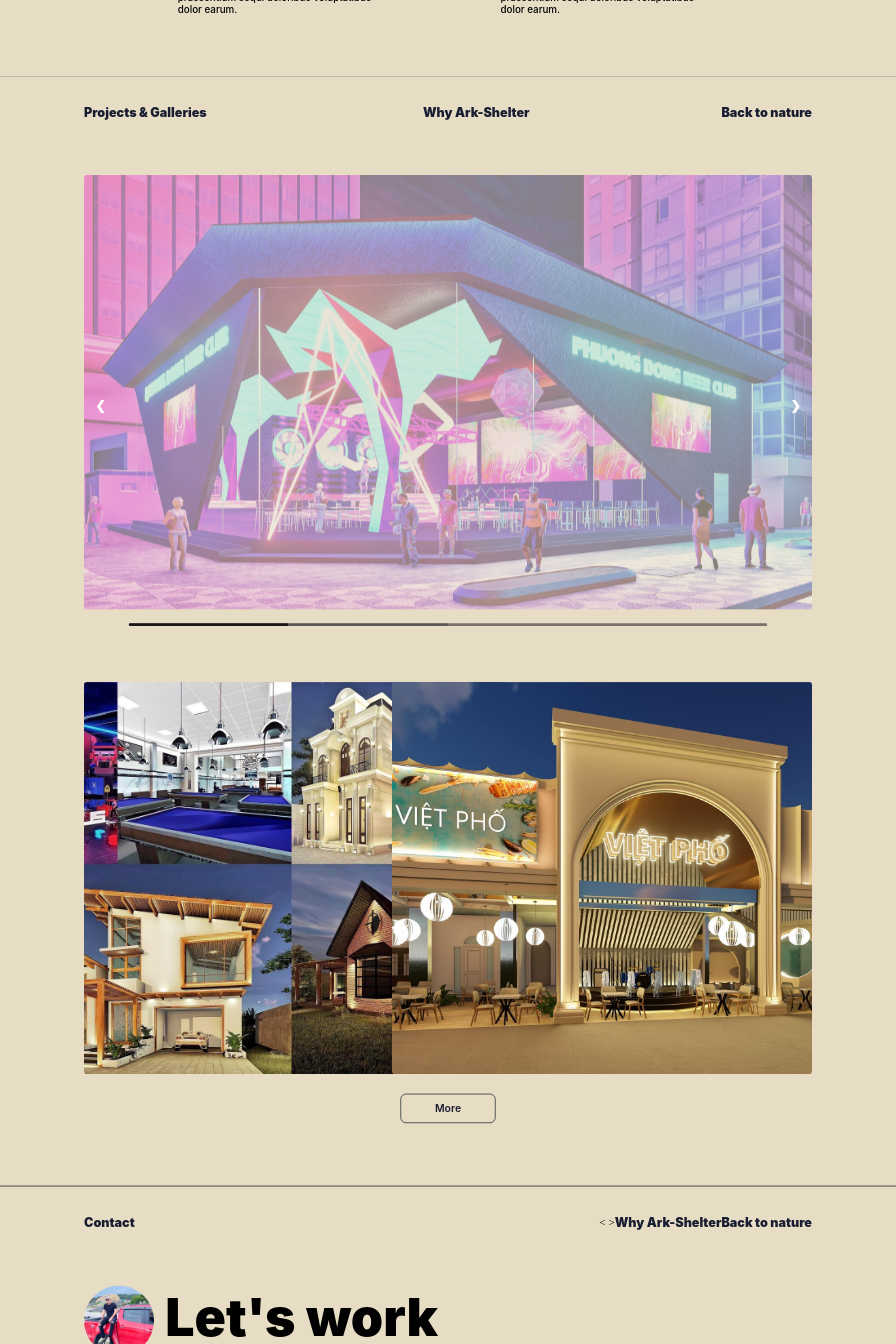
Repository: Ethanxcode/DucAnhNguyen
Page: index.html
An editor plug-in stored every save of this project. The page is shown before and after the next save, followed by the edit.
The browser window is 1280 px wide. The pictures show the part of the page from y = 1649 to 3569 px (the page is 5343 px tall before and 7149 px after), at 70% of full size.

Above is the page before, as saved 2023-02-06 13:13:28.

### index.html
<!DOCTYPE html>
<html lang="en">

<head>
	<meta charset="UTF-8" />
	<meta http-equiv="X-UA-Compatible" content="IE=edge" />
	<meta name="viewport" content="width=device-width, initial-scale=1.0" />
	<link rel="stylesheet" href="./style.css" />
	<link rel="stylesheet" href="https://cdnjs.cloudflare.com/ajax/libs/font-awesome/6.2.1/css/all.min.css" />
	<!-- <link rel="stylesheet" type="text/css" href="/css/fonts.css" /> -->
	<title>DucAnhNguyen</title>
</head>

<body>
	<div id="root">
		<section class="container bgimage header">
			<div class="bg-image-holder" style="
						background-image: url(./Assets/241194850_2108411145980762_7904081432669109629_n.jpg);
					"></div>
			<nav class="navigation content-above">
				<ul class="headerMenu">
					<li>
						<a href="">
							<h2 class="textLogo">Duc Anh</h2>
						</a>
					</li>
					<li class="subHeaderMenu">
						<ul>

							<li>
								<a href="#" class="inter-black-iron-16px">Live</a>
							</li>
							<li>
								<a href="#" class="inter-black-iron-16px">Projects</a>
							</li>
							<li>
								<a href="#" class="inter-black-iron-16px">Contacts</a>
							</li>
							<li><i class="fa-solid fa-bars burgerMenu"></i></li>
						</ul>
					</li>
				</ul>
			</nav>
			<nav class="heroSubNavigation">
				<button class="btn inter-black-almod-16px" style="margin-left: 88px">
					<i class="icon-margin-8px fa-solid fa-arrow-right-from-bracket"></i>
					Check out our feature on news
				</button>
				<h1 class="heroTitle">
					New way <br />
					of living.
				</h1>
				<p class="inter-black-iron-16px" style="text-transform: capitalize">
					change the way you live life, closer to nature
				</p>
				<p class="childrenSubNav">Modular, sustainable, premeium.</p>
			</nav>
		</section>

		<section class="AboutSection container">
			<header class="HeaderSection">
				<ul class="HeaderSectionMenu">
					<li>
						<h4 class="inter-black-eerie-black-18px">About</h4>
					</li>
					<ul class="subSectionMenu">
						<li>
							<h4 class="inter-black-eerie-black-18px">Why Ark-Shelter</h4>
						</li>
						<li>
							<h4 class="inter-black-eerie-black-18px">Back to nature</h4>
						</li>
					</ul>
				</ul>
			</header>
			<div class="row Aboutcontent">
				<div class="col-half">
					<h1 class="nameTitle">Nguyễn Đức Anh</h1>
					<p class="margin-top-24px inter-medium-tundora-16px">
						Lorem ipsum dolor, sit amet consectetur adipisicing elit. Voluptas
						eum cumque odio. Facere saepe vel eius deleniti voluptates
						reprehenderit quam! Laboriosam corrupti quae harum molestiae
						provident libero, temporibus molestias magni. Lorem ipsum dolor
						sit amet consectetur adipisicing elit. Porro culpa, doloremque
						molestiae veritatis saepe, nam impedit doloribus pariatur error
						facilis commodi harum inventore dignissimos cumque cum, incidunt
						fugit velit ducimus.
					</p>
					<hr>
						<p class="inter-medium-tundora-16px">
						Lorem ipsum dolor, sit amet consectetur adipisicing elit. Voluptas
						eum cumque odio. Facere saepe vel eius deleniti voluptates
						reprehenderit quam! Laboriosam corrupti quae harum molestiae
						provident libero, temporibus molestias magni. Lorem ipsum dolor
						sit amet consectetur adipisicing elit. Porro culpa, doloremque
						molestiae veritatis saepe, nam impedit doloribus pariatur error
						facilis commodi harum inventore dignissimos cumque cum, incidunt
						fugit velit ducimus.
					</p>

				</div>
				<div class="col-half" style="padding-left: 16px;">
					<img src="./Assets/P1.jpg" alt="" style="
								height: 560px;
								width: 100%;
								object-fit: cover;
								border-radius: 4px;
								float: right;
							" />
				</div>
			</div>
			<div class="row">
					<p class="inter-black-eerie-black-24px " >
						I CAN HELP YOU WITH ...
					</p>
				</div>
			<div class="margin-top-64px subAboutContent row">

				<div class="col-half">
					<h4 class="inter-black-eerie-black-16px">Nr.02</h4>
					<h3 class="inter-medium-black-24px">Design</h3>
					<p class="inter-medium-black-14px">
						Lorem ipsum dolor sit, amet consectetur adipisicing elit. Ducimus
						nam quo eveniet eos iure esse dicta rem aperiam? Tempora, totam.
						Molestias similique eius inventore, praesentium sequi doloribus
						voluptatibus dolor earum.
					</p>
				</div>
				<div class="col-half">
					<h4 class="inter-black-eerie-black-16px">Nr.02</h4>
					<h3 class="inter-medium-black-24px">Design</h3>
					<p class="inter-medium-black-14px">
						Lorem ipsum dolor sit, amet consectetur adipisicing elit. Ducimus
						nam quo eveniet eos iure esse dicta rem aperiam? Tempora, totam.
						Molestias similique eius inventore, praesentium sequi doloribus
						voluptatibus dolor earum.
					</p>
				</div>
			</div>
		</section>

		<section class="slideSection container">
			<header class="HeaderSection">
				<ul class="HeaderSectionMenu">
					<li>
						<h4 class="inter-black-eerie-black-18px">Projects & Galleries</h4>
					</li>
					<ul class="subSectionMenu">
						<li>
							<h4 class="inter-black-eerie-black-18px">Why Ark-Shelter</h4>
						</li>
						<li>
							<h4 class="inter-black-eerie-black-18px">Back to nature</h4>
						</li>
					</ul>
				</ul>
			</header>
			<div class="slideshow-container">
				<!-- Full-width images with number and caption text -->
				<div class="mySlides fade">
					<!-- <div class="numbertext">1 / 4</div> -->
					<img src="Assets/311601869_1307089786709169_3065254316628902188_n.jpg" style="width: 100%" />
					<!-- <div class="text">Caption Text</div> -->
				</div>

				<div class="mySlides fade">
					<!-- <div class="numbertext">2 / 4</div> -->
					<img src="Assets/91572249_1631208343701047_2964735174748667904_n.jpg" style="width: 100%" />
					<!-- <div class="text">Caption Two</div> -->
				</div>

				<div class="mySlides fade">
					<!-- <div class="numbertext">3 / 4</div> -->
					<img src="Assets/241194850_2108411145980762_7904081432669109629_n.jpg" style="width: 100%" />
					<!-- <div class="text">Caption Three</div> -->
				</div>
				<div class="mySlides fade">
					<!-- <div class="numbertext">4 / 4</div> -->
					<img src="Assets/159825492_1943519125803299_9126036899379787784_n.jpg" style="width: 100%" />
					<!-- <div class="text">Caption four</div> -->
				</div>

				<!-- Next and previous buttons -->
				<a class="prev" onclick="plusSlides(-1)">&#10094;</a>
				<a class="next" onclick="plusSlides(1)">&#10095;</a>
				<div style="
							align-items: center;
							display: flex;
							/* width: 90%; */
							border-radius: 4px;
							margin: 16px 64px 0 64px;
							height: 4px;
							background-color: var(--pablo);
						">
					<span class="dot" onclick="currentSlide(1)"></span>
					<span class="dot" onclick="currentSlide(2)"></span>
					<span class="dot" onclick="currentSlide(3)"></span>
					<span class="dot" onclick="currentSlide(4)"></span>
				</div>
			</div>
		</section>

		<section class="gallerySection container">
			<!-- <header class="HeaderSection">
				<ul class="HeaderSectionMenu">
					<li>
						<h4 class="inter-black-eerie-black-18px">Gallery</h4>
					</li>
					<ul class="subSectionMenu">
						<li>
							<h4 class="inter-black-eerie-black-18px">Why Ark-Shelter</h4>
						</li>
						<li>
							<h4 class="inter-black-eerie-black-18px">Back to nature</h4>
						</li>
					</ul>
				</ul>
			</header> -->
			<div class="row galleryContent">
				<div class="col-half">
					<img src="./Assets/241194850_2108411145980762_7904081432669109629_n.jpg" alt="" style="

							" />
				</div>
				<div class="col-half">
					<img src="./Assets/311601869_1307089786709169_3065254316628902188_n.jpg" alt="" style="

								float: right;
							" />
				</div>
				<button class="btn inter-black-almod-16px shortBtn margin-top-24px">

					More
				</button>
			</div>


	</div>
	</section>

	<section class="contactSectionn container">
		<header class="HeaderSection">
			<ul class="HeaderSectionMenu">
				<li>
					<h4 class="inter-black-eerie-black-18px">Contact</h4>
				</li>
				<ul class="subSectionMenu">
					< >
						<h4 class="inter-black-eerie-black-18px">Why Ark-Shelter</h4>
					</li>
					<li>
						<h4 class="inter-black-eerie-black-18px">Back to nature</h4>
					</li>
				</ul>
			</ul>
		</header>
		<div class="row contactContent">
			<div class=" subContactContent">
				<img src="./Assets/P1.jpg" class="circleLogo" alt="">
				<h1 class="bigNameTitle">Let's work <br> together</h1>
			</div>
			<div class="row" style="padding-bottom: 48px;">
				<hr>
				<div class="circleCanvas">
					<canvas id="myCanvas" width="180" height="180"></canvas>
					<span class="">Get in touch</span>
				</div>
			</div>
				<div class="subChildContactContent">
				<button class="btn inter-black-almod-16px shortBtn margin-top-24px">
					NguyenDucAnh123@gmail.com
				</button>
				<button class="btn inter-black-almod-16px shortBtn margin-top-24px">
					+84867833989
				</button>
			</div>


		</div>


		<!-- <p class="ask">Contact form? Below <i class="fa-solid fa-hand-point-down"></i></p> -->
		<h1 class="showGuideTitle margin-top-80px">Let us know how we can help you.</h1>
		<div class="formSubmit row margin-top-24px">
			<ul class="col-half">
				<li><input class="inter-medium-tundora-14px-2" placeholder="First Name" type="text"></li>
				<li><input class="inter-medium-tundora-14px-2" placeholder="Email" type="text"></li>
				<li><input class="inter-medium-tundora-14px-2" placeholder="Country" type="text"></li>
			</ul>
			<ul class="col-half">
				<li><input class="inter-medium-tundora-14px-2" placeholder="Last Name" type="text"></li>
				<li><input class="inter-medium-tundora-14px-2" placeholder="Phone Number" type="text"></li>
				<li><input class="inter-medium-tundora-14px-2" placeholder="Subject" type="text"></li>
			</ul>
			<div class="row">
				<textarea placeholder="Your message" class="inter-medium-tundora-14px-2" name="message" id="myMessage"
					cols="180" rows="8"></textarea>
			</div>
		</div>
		<button class="btn fullFilshortBtn margin-top-24px">Send message!</button>
	</section>



	<footer class="FooterSection ">
		<section class="container">
				<div class="row footerContent" style="">
			<div class="col-four subFooterContent">
				<h4 class=" margin-bottom-24px">Sitemap</h4>
				<ul>
					<li>Home</li>
					<li>Live</li>
					<li>Work</li>
					<li>Projects</li>
					<li>Career</li>
					<li>Contact</li>

				</ul>
			</div>

			<div class="col-four subFooterContent">
				<h4 class=" margin-bottom-24px">Sitemap</h4>
				<ul>
					<li>FQA</li>
					<li>Privacy Policy</li>

				</ul>
			</div>

				<div class="col-four subFooterContent">
				<h4 class=" margin-bottom-24px">Sitemap</h4>
				<ul>
					<li>
						<p>We will send you updates on new products and discounts.</p>
					</li>
					<li><input class="inter-medium-tundora-14px-2" placeholder="Email" type="text"></li>
				</ul>

			</div>
			<div class="col-four" style="width: 100%; margin-top: 24px;" >
				<div class="mapouter">
					<div class="gmap_canvas" ><iframe
							src="https://maps.google.com/maps?q=51%20%C4%90%C6%B0%E1%BB%9Dng%20183,%20B%C3%ACnh%20M%E1%BB%B9,%20C%E1%BB%A7%20Chi,%20Th%C3%A0nh%20ph%E1%BB%91%20H%E1%BB%93%20Ch%C3%AD%20Minh,%20Vietnam&amp;t=&amp;z=13&amp;ie=UTF8&amp;iwloc=&amp;output=embed"
							id="gmap_canvas" frameborder="0" scrolling="no"
							style="height: 240px; width: 100%; border-radius: 4px;"></iframe><a></a>
					</div>
				</div>
			</div>
			<ul class="footerIcons">
				<li><a href="#"><i class="fa-brands fa-facebook"></i></a></li>
				<li><a href="#"><i class="fa-brands fa-twitter"></i></a></li>
				<li><a href="#"><i class="fa-brands fa-linkedin"></i></a></li>
				<li><a href="#"><i class="fa-brands fa-pinterest"></i></a></li>

			</ul>
		</div>
		</div>
		</section>
		<footer class="footerCopyright">
			<p>all rights reserved @ 2023</p>
		</footer>
	</footer>

	</div>
	<script src="script.js"></script>
</body>

</html>

### script.js
// slider automatic and manual
var count;
let timeout;
let checkTime;

function checkTimeer() {
	clearTimeout(timeout);
	count++;
	console.log(count);
	if (count >= 5) {
		count = 0;
		showSlides();
		return;
	}
	checkTime = setTimeout(checkTimeer, 2000);
}

function plusSlides(n) {
	count = 0;
	showSlide((slideIndex += n));
	clearTimeout(checkTime);
	checkTimeer(count);
}

function currentSlide(n) {
	count = 0;
	showSlide((slideIndex = n));
	clearTimeout(checkTime);
	checkTimeer(count);
}
function showSlide(n) {
	let i;
	let slides = document.getElementsByClassName('mySlides');
	let dots = document.getElementsByClassName('dot');
	if (n > slides.length) {
		slideIndex = 1;
	}
	if (n < 1) {
		slideIndex = slides.length;
	}
	for (i = 0; i < slides.length; i++) {
		slides[i].style.display = 'none';
	}
	for (i = 0; i < dots.length; i++) {
		dots[i].className = dots[i].className.replace(' dot-active', '');
	}
	slides[slideIndex - 1].style.display = 'block';
	dots[slideIndex - 1].className += ' dot-active';
}

let slideIndex = 0;
showSlides();

function showSlides(n) {
	let i;
	let slides = document.getElementsByClassName('mySlides');
	let dots = document.getElementsByClassName('dot');
	for (i = 0; i < slides.length; i++) {
		slides[i].style.display = 'none';
	}
	slideIndex++;
	if (slideIndex > slides.length) {
		slideIndex = 1;
	}
	for (i = 0; i < dots.length; i++) {
		dots[i].className = dots[i].className.replace(' dot-active', '');
	}
	slides[slideIndex - 1].style.display = 'block';
	dots[slideIndex - 1].className += ' dot-active';
	timeout = setTimeout(showSlides, 5000); // Change image every 2 seconds
}

const burgerMenu = document.querySelector('.burgerMenu');

burgerMenu.addEventListener('mouseover', () => {});

Loaded but not shown: style.css (1031 lines, source omitted)

After the next save:
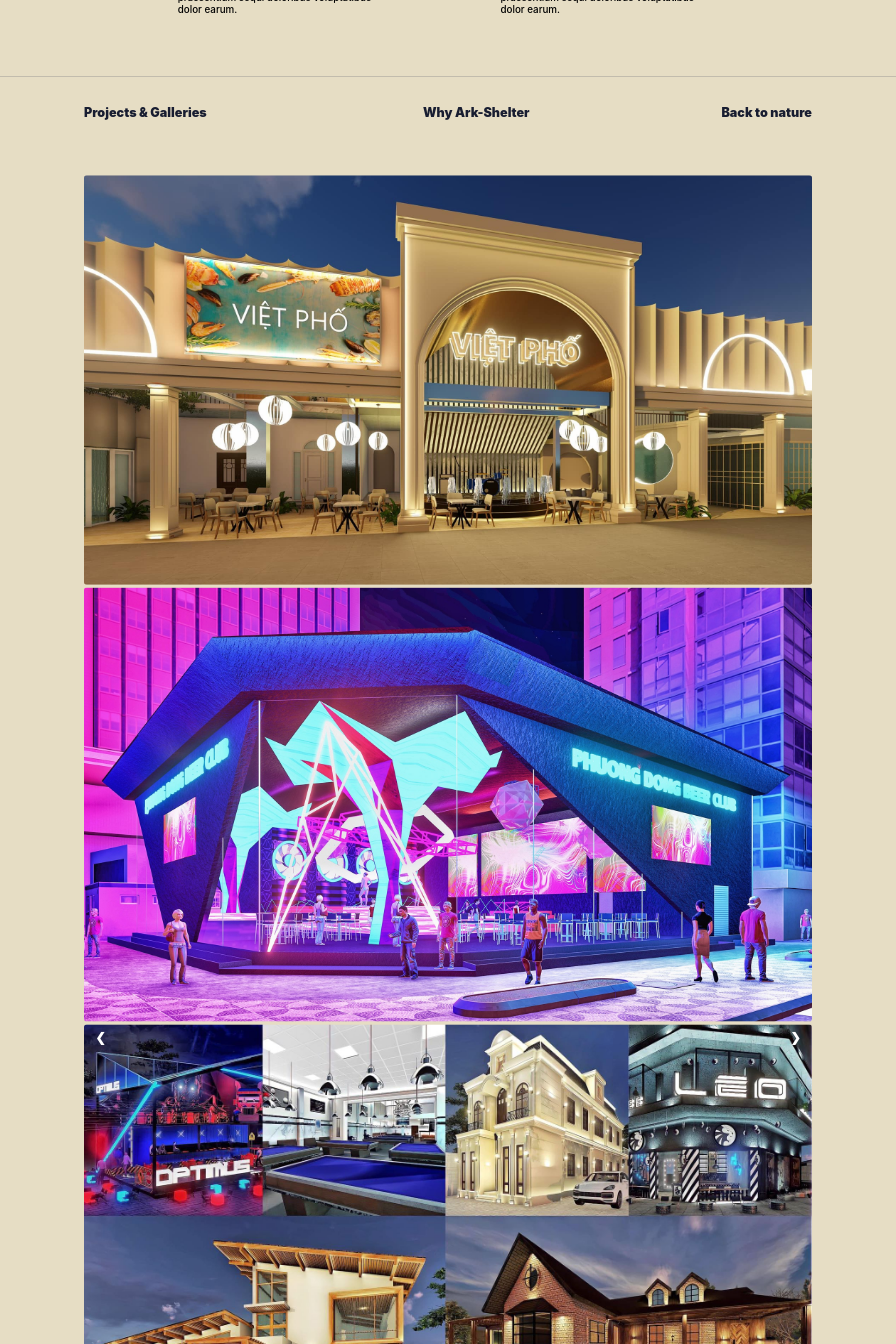
Console error: SyntaxError: Unexpected token '}'
Saved 33 s later.
--- a/script.js
+++ b/script.js
@@ -72,4 +72,6 @@
 
 const burgerMenu = document.querySelector('.burgerMenu');
 
-burgerMenu.addEventListener('mouseover', () => {});
+burgerMenu.addEventListener('mouseover', (e) => {
+	burgerMenu.
+});

After the save that followed:
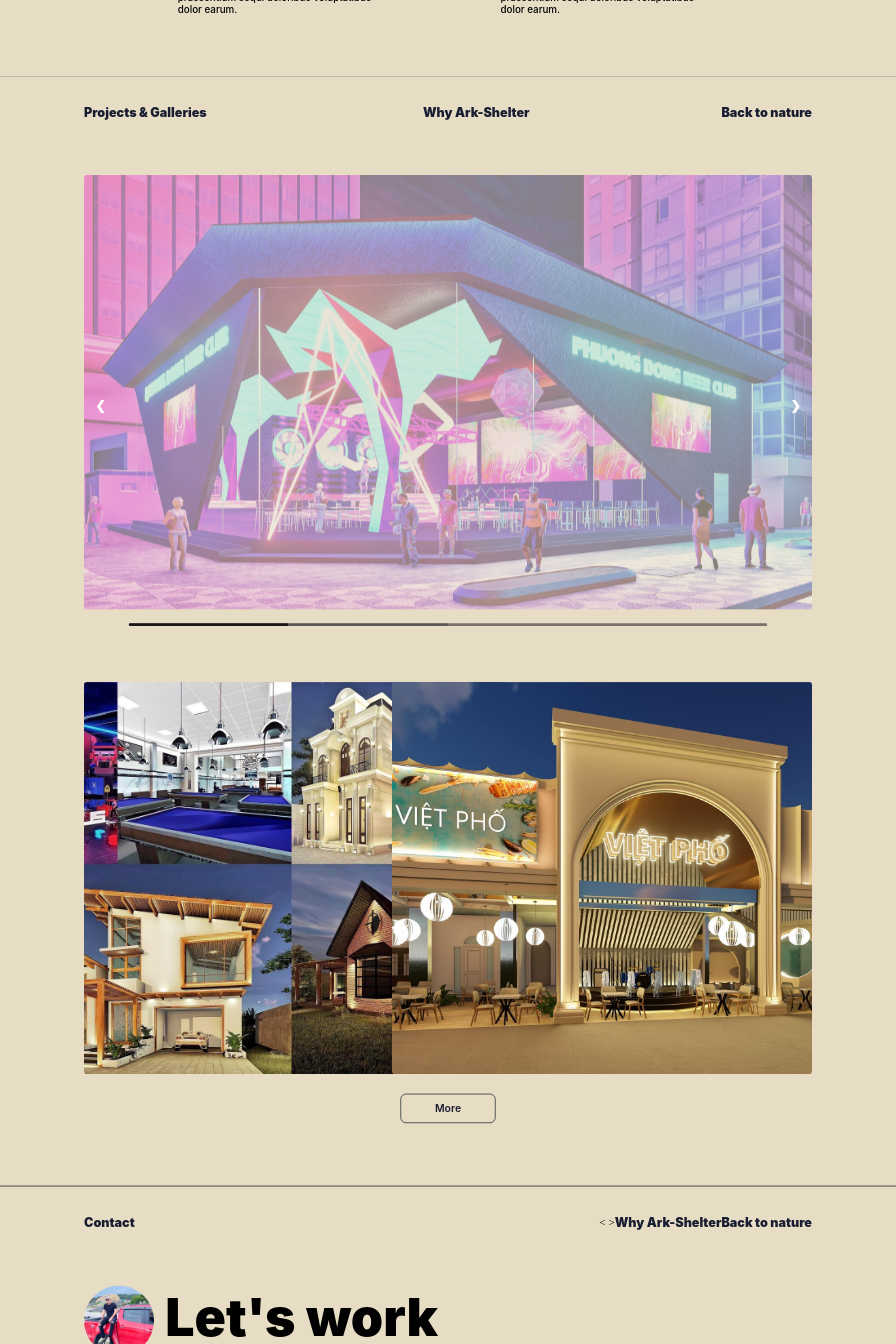
The error is gone.
Saved 34 s later.
--- a/script.js
+++ b/script.js
@@ -73,5 +73,5 @@
 const burgerMenu = document.querySelector('.burgerMenu');
 
 burgerMenu.addEventListener('mouseover', (e) => {
-	burgerMenu.
+	burgerMenu.className += ' actived';
 });
